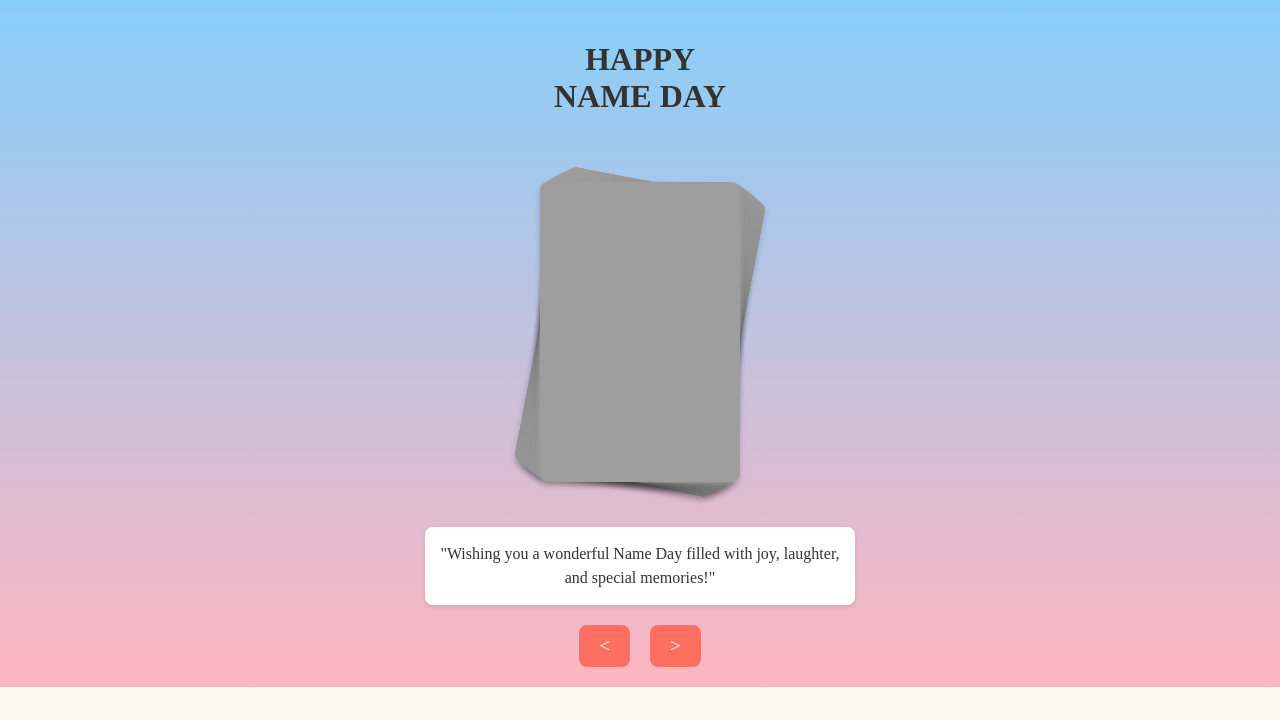
Repository: naps00/BIRTHDAY
Page: /details
These files come from the project's save history. The page is drawn as it stood at one moment and after the next save; the edit follows.
The browser window is 1280 px wide. The pictures show the whole page.
Pictures or frames that could not be fetched are drawn as grey boxes. The project was rebuilt for these pictures with package versions that can differ from the ones it lists, and the page was loaded fresh each time.

Above is the page before, as saved 2024-12-12 19:40:15.

### src/App.js
import React, { useState } from 'react';
import { BrowserRouter as Router, Route, Routes, Link } from 'react-router-dom';
import './App.css';
import Details from './details.js'; // นำเข้า Details.js

function Home() {
  const [showModal, setShowModal] = useState(false);

  // เมื่อวีดีโอจบ ให้แสดง modal
  const handleVideoEnd = () => {
    setShowModal(true);
  };

  return (
    <div className="App">
      <div className="container">
        <div className="text-section" style={{ flex: 1, display: 'flex', flexDirection: 'column', justifyContent: 'center', alignItems: 'center', textAlign: 'center', height: '100vh', color: 'black', fontSize: 'calc(3vw + 0vh)', fontWeight: 'bold' }}>
          <h2>HAPPY BIRTHDAY !!</h2>
          <p>MY LOVE ♡ </p>
          <img src="https://img2.pic.in.th/pic/fc8c0bdfae313c2ffd700a21b05915d6-removebg-preview.png" alt="Happy Birthday Decoration" style={{width: '200px', height: '200PX' }} />
        </div>

        <div className="video-section">
          <video
            className="video-player"
            controls
            onEnded={handleVideoEnd}
          >
            <source src="https://v1.pinimg.com/videos/mc/720p/3d/2a/3c/3d2a3ca4078af4f14258938781ed5f8e.mp4" type="video/mp4" />
            Your browser does not support the video tag.
          </video>
        </div>
      </div>

      {/* Modal */}
      {showModal && (
        <div className="modal-backdrop">
          <div className="modal-content">
            <h2>Are you ready?</h2>
            {/* เปลี่ยนปุ่ม "ปิด" ให้เป็นลิงค์ไปยังหน้า /details */}
            <Link to="/details">
              <button className="pulse">GO !!</button>
            </Link>
          </div>
        </div>
      )}

      {/* เพิ่มอิโมจิที่วิ้งๆ */}
      <div className="emoji">🌟</div>
      <div className="emoji2">✨</div>
      <div className="emoji3">💕</div>

    </div>
  );
}

function App() {
  return (
    <Router>
      <Routes>
        <Route path="/" element={<Home />} />
        <Route path="/details" element={<Details />} /> {/* เพิ่มเส้นทางสำหรับหน้า /details */}
      </Routes>
    </Router>
  );
}

export default App;

### src/App.css
/* การจัด layout ของแอปพลิเคชัน */
.App {
  background-color: white;
  min-height: 100vh;
  display: flex;
  justify-content: center;
  align-items: center;
}

/* ส่วนที่ใช้จัด layout */
.container {
  display: flex;
  flex-direction: row; /* แบ่งพื้นที่ออกเป็น 2 ส่วน */
  width: 100%;
  height: 100vh;
}

/* ส่วนข้อความ */
.text-section {
  flex: 1;
  display: flex;
  flex-direction: column;
  justify-content: center;
  align-items: center;
  padding: 20px;
  background-color: #f9f9f9;
}

.text-section h1 {
  margin-bottom: 20px;
}

/* ส่วนวีดีโอ */
.video-section {
  flex: 1;
  display: flex;
  justify-content: center;
  align-items: center;
  background-color: #000;
}

.video-player {
  width: 100%; /* ให้วีดีโอเต็มความกว้าง */
  height: 100%; /* ให้วีดีโอเต็มความสูง */
  object-fit: cover; /* ปรับวีดีโอให้เต็มพื้นที่โดยไม่เสียสัดส่วน */

/* การแสดง modal */
}
.modal-backdrop {
  position: fixed;
  top: 0;
  left: 0;
  width: 100%;
  height: 100%;
  background: rgba(0, 0, 0, 0.7);
  display: flex;
  justify-content: center;
  align-items: center;
  z-index: 100; /* ทำให้ modal อยู่เหนือสิ่งอื่น */
  animation: fadeInPop 0.5s ease-out;
}

/* เพิ่ม z-index ให้ modal-content */
.modal-content {
  background: white;
  padding: 20px;
  border-radius: 10px;
  text-align: center;
  box-shadow: 0 2px 10px rgba(0, 0, 0, 0.3);
  animation: slideUp 0.3s ease-out;
  z-index: 101; /* ทำให้เนื้อหาของ modal อยู่เหนือ backdrop */
}

/* การแอนิเมชัน fade-in และ pop-up สำหรับ modal backdrop */
@keyframes fadeInPop {
  0% {
    opacity: 0;
    transform: scale(0.8);
  }
  100% {
    opacity: 1;
    transform: scale(1);
  }
}

body {
  font-family: 'Coiny', cursive;
  margin: 0;
  padding: 0;
  box-sizing: border-box;
  background-color: #fef9ef;
  color: #333;
}

h1, h2, p {
  font-family: 'Coiny', cursive; /* ฟอนต์ใหม่สำหรับข้อความ */
}

button {
  font-family: 'Coiny', cursive;
  font-size: 1.2rem;
  background-color: #ff6f61;
  color: #fff;
  padding: 10px 20px;
  border: none;
  border-radius: 8px;
  cursor: pointer;
  transition: background-color 0.3s ease, transform 0.3s ease;
}

button:hover {
  background-color: #ff3d3d;
  transform: scale(1.1);
}

/* การแอนิเมชัน slide-up สำหรับ modal content */
@keyframes slideUp {
  0% {
    transform: translateY(20px);
    opacity: 0;
  }
  100% {
    transform: translateY(0);
    opacity: 1;
  }
}

.modal-content h2 {
  margin-bottom: 20px;
}

.modal-content button {
  padding: 10px 20px;
  background-color: #007bff;
  color: white;
  border: none;
  border-radius: 5px;
  cursor: pointer;
  transition: transform 0.3s ease, background-color 0.3s ease;
}

/* เอฟเฟกต์เมื่อ hover ปุ่ม */
.modal-content button:hover {
  background-color: #0056b3;
  transform: scale(1.1); /* ขยายขนาดปุ่มเมื่อ hover */
}

/* เอฟเฟกต์การเต้นของปุ่ม */
@keyframes pulse {
  0% {
    transform: scale(1);
    opacity: 1;
  }
  50% {
    transform: scale(1.1);
    opacity: 0.8;
  }
  100% {
    transform: scale(1);
    opacity: 1;
  }
}

.pulse {
  animation: pulse 1.5s infinite;
}

/* อิโมจิวิ้งๆ */
.emoji {
  position: fixed;
  top: 30%;
  right: 50%;
  font-size: 30px;
  animation: smoothBounce 1.4s infinite;
  z-index: 50; /* ทำให้ไอคอนอิโมจิอยู่ใต้ modal */
}
.emoji2 {
  position: fixed;
  top: 18%;
  right: 97%;
  font-size: 30px;
  animation: smoothBounce 1.5s infinite;
  z-index: 50; /* ทำให้ไอคอนอิโมจิอยู่ใต้ modal */
}
.emoji3 {
  position: fixed;
  top: 63%;
  right: 65%;
  font-size: 50px;
  animation: smoothBounce 3s infinite;
  z-index: 50; /* ทำให้ไอคอนอิโมจิอยู่ใต้ modal */
}
/* การกระพิบ */
/* @keyframes fadeInOut {
  0%, 100% {
    opacity: 0;
  }
  50% {
    opacity: 1;
  }
}

.fade {
  animation: fadeInOut 1s infinite;
} */

/* การแอนิเมชันวิ้ง */
@keyframes smoothBounce {
  0%, 100% {
    transform: translateY(0);
    opacity: 1;
  }
  25% {
    transform: translateY(-1px);
    opacity: 1;
  }
  50% {
    transform: translateY(-1px);
    opacity: 1;
  }
  75% {
    transform: translateY(5px);
    opacity: 1;
  }
}


/* การแอนิเมชัน zoom-in */
@keyframes zoomIn {
  0% {
    transform: scale(0.8);
    opacity: 0;
  }
  100% {
    transform: scale(1);
    opacity: 1;
  }
}

.zoom-in {
  animation: zoomIn 0.4s ease-out;
}

/* เอฟเฟกต์ fade-in สำหรับเนื้อหาที่โหลด */
.fade-in {
  opacity: 0;
  animation: fadeIn 1s forwards;
}

@keyframes fadeIn {
  from {
    opacity: 0;
  }
  to {
    opacity: 1;
  }
}

### src/details.js
import React, { useState } from 'react';
import { useSwipeable } from 'react-swipeable'; // นำเข้า useSwipeable
import './details.css';

function Details() {
  const images = [
    "https://img2.pic.in.th/pic/C14EEE1A-1C6E-4778-85B7-4833D53D43EB.jpeg",
    "https://img5.pic.in.th/file/secure-sv1/618E6171-BADE-42BC-A018-2EA60935F70F.jpeg",
    "https://img5.pic.in.th/file/secure-sv1/IMG_448429fe121e41b2f430.jpeg",
    "https://img5.pic.in.th/file/secure-sv1/IMG_64786800a538a371f8ae.jpeg",
    "https://img2.pic.in.th/pic/IMG_18254b9a0e0ef262515a.jpeg",
    "https://img2.pic.in.th/pic/IMG_750821c6a0b5848c84f8.jpeg",
    "https://img2.pic.in.th/pic/IMG_217360495c125ab56c81.jpeg",
    "https://img5.pic.in.th/file/secure-sv1/IMG_79057ffcc3e4b6cb96bc.jpeg",
    "https://img2.pic.in.th/pic/IMG_7834161695a4292d3799.jpeg",
    "https://img5.pic.in.th/file/secure-sv1/IMG_7833a600a5964cb97987.jpeg",
    "https://img5.pic.in.th/file/secure-sv1/IMG_7669dbd275c5d25b60ea.jpeg",
    "https://img2.pic.in.th/pic/IMG_791818c257fcaec84a84.jpeg"
  ];

  const [currentIndex, setCurrentIndex] = useState(0);

  const handlers = useSwipeable({
    onSwipedLeft: () => handleNext(),
    onSwipedRight: () => handlePrev(),
    preventDefaultTouchmoveEvent: true,
    trackMouse: true
  });

  const handleNext = () => {
    setCurrentIndex((currentIndex + 1) % images.length);
  };

  const handlePrev = () => {
    setCurrentIndex((currentIndex - 1 + images.length) % images.length);
  };

  return (
    <div className="details-page" style={{ overflowY: 'auto', maxHeight: '100vh', padding: '20px' }}>
      <div className="header-text" style={{ textAlign: 'center' }}>
        <h1>HAPPY <br /> NAME DAY</h1>
      </div>

      <div className="card-stack" {...handlers} style={{ position: 'relative', height: '350px', marginBottom: '20px' }}>
        {images.map((src, index) => {
          const zIndex = images.length - Math.abs(currentIndex - index);
          const rotation = (index - currentIndex) * 1; // การหมุนภาพ
          const offset = (index - currentIndex) * 0; // ระยะเลื่อน

          return (
            <img
              key={index}
              src={src}
              alt={`Slide ${index + 1}`}
              className="card"
              style={{
                zIndex: zIndex,
                position: 'absolute',
                left: '50%',
                top: '50%',
                transform: `translate(-50%, -50%) rotate(${rotation}deg)`,
                marginTop: `${offset}px`,
                width: '200px',
                height: '300px',
                borderRadius: '8px',
                boxShadow: '0 4px 6px rgba(0, 0, 0, 0.1)',
              }}
            />
          );
        })}
      </div>

      <div
        className="card-message"
        style={{
          margin: '0 auto',
          width: '1000%',
          maxWidth: '400px',
          padding: '15px',
          borderRadius: '8px',
          backgroundColor: '#fff',
          boxShadow: '0 2px 4px rgba(0, 0, 0, 0.1)',
          textAlign: 'center',
          fontSize: '16px',
          lineHeight: '1.5',
        }}
      >
        "Wishing you a wonderful Name Day filled with joy, laughter, and special memories!"
      </div>

      <div className="controls" style={{ textAlign: 'center', marginTop: '20px' }}>
        <button onClick={handlePrev} style={{ margin: '0 10px', padding: '10px 20px' }}>
          &lt;
        </button>
        <button onClick={handleNext} style={{ margin: '0 10px', padding: '10px 20px' }}>
          &gt;
        </button>
      </div>

      <audio autoPlay loop>
        <source src="https://www.soundhelix.com/examples/mp3/SoundHelix-Song-1.mp3" type="audio/mp3" />
        Your browser does not support the audio element.
      </audio>
    </div>
  );
}

export default Details;

### src/details.css
.details-page {
  display: flex;
  flex-direction: column;
  align-items: center;
  justify-content: flex-start;
  height: auto; /* เปลี่ยนจาก 100vh เพื่อให้ครอบคลุมเนื้อหาทั้งหมด */
  background: linear-gradient(to bottom, #87CEFA, #FFB6C1);
  padding: 20px;
  overflow-y: auto;
  box-sizing: border-box;
}

.card-stack {
  position: relative;
  width: 300px;
  margin-top: 20px;
  display: flex;
  flex-direction: column; /* จัดเรียงแนวตั้ง */
  align-items: center;
  gap: 20px; /* เพิ่มระยะห่างระหว่างรูป */
}

.card {
  position: relative;
  width: 170px;
  height: 250px;
  border-radius: 10px;
  box-shadow: 0 4px 8px rgba(0, 0, 0, 0.2);
  transition: transform 0.3s ease;
}

.text-box {
  margin-top: 20px;
  padding: 10px;
  width: 100%;
  max-width: 400px;
  background: #f9f9f9;
  border: 1px solid #ddd;
  border-radius: 10px;
  box-shadow: 0 4px 8px rgba(0, 0, 0, 0.1);
}

Loaded but not shown: public/index.html (common file); src/index.js (common file); src/index.css (common file); src/reportWebVitals.js (common file)

After the next save:
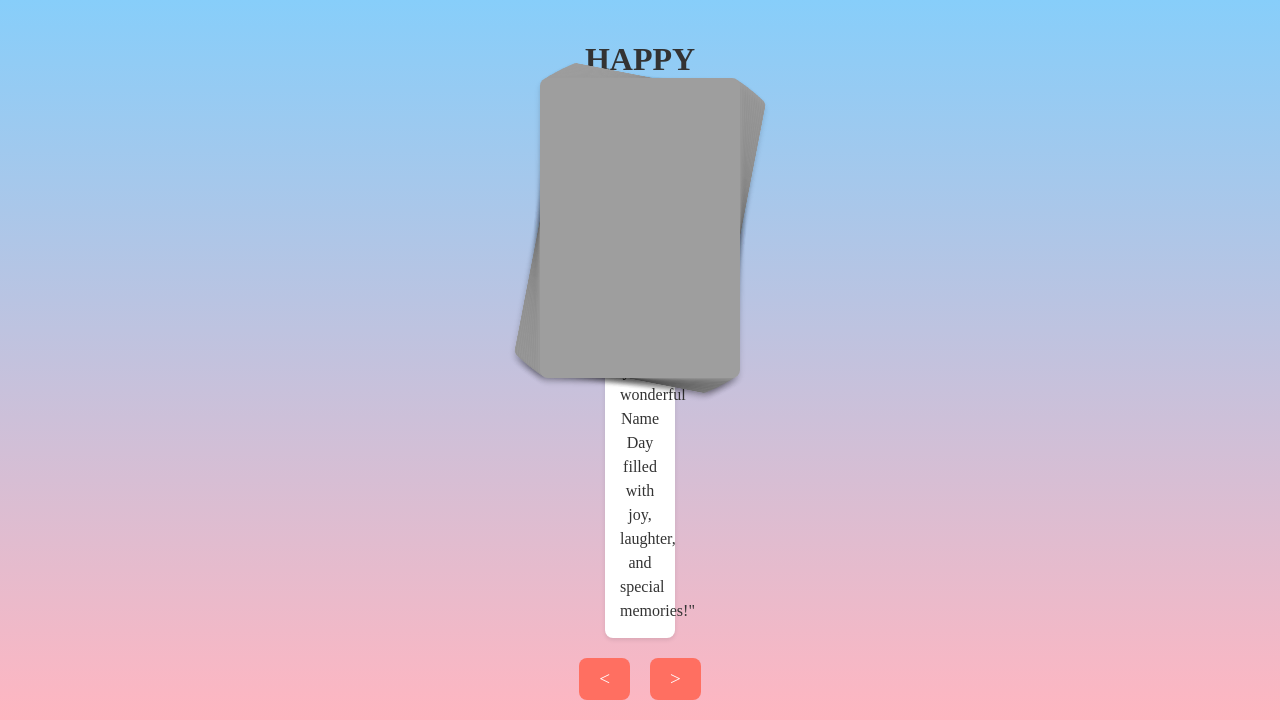
Saved 13 s later.
--- a/src/details.js
+++ b/src/details.js
@@ -74,8 +74,8 @@ function Details() {
         className="card-message"
         style={{
           margin: '0 auto',
-          width: '1000%',
-          maxWidth: '400px',
+          width: '90%',
+          maxWidth: '40px',
           padding: '15px',
           borderRadius: '8px',
           backgroundColor: '#fff',
